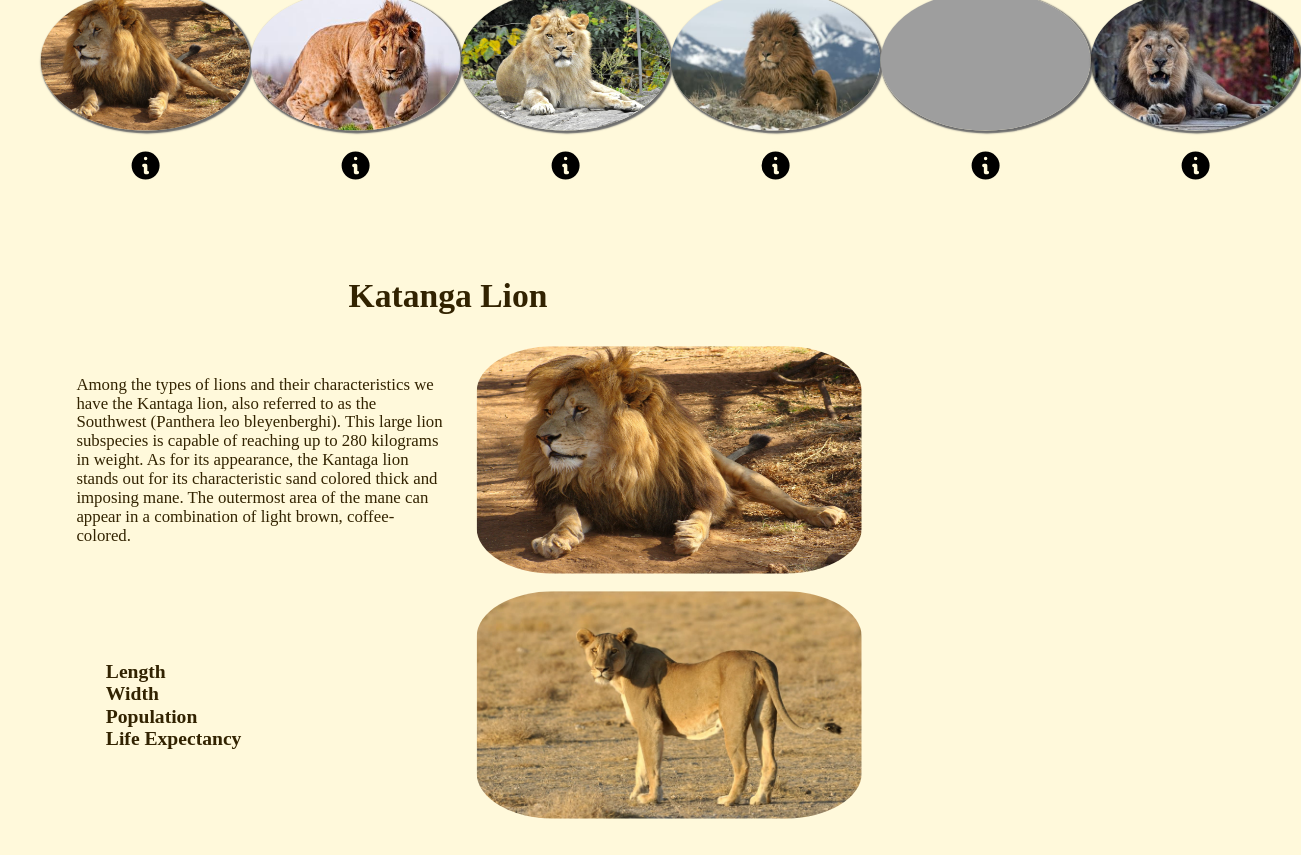
Repository: GeorgeManias/lions_project
Page: index.html
These files come from the project's save history. The page is drawn as it stood at one moment and after the next save; the edit follows.
The browser window is 1280 px wide. The page is 1858 px wide, so the pictures cover 1858 px, including what lies to the right of the window. The pictures show the part of the page from y = 721 to 2041 px (the page is 1942 px tall before and 2041 px after), at 70% of full size.
Pictures or frames that could not be fetched are drawn as grey boxes. Some web fonts or font styles are not loaded; a fallback is used.

Above is the page before, as saved 2021-11-05 20:58:22.

### index.html
<!DOCTYPE html>
<html lang="en">
  <head>
    <link rel="stylesheet" href="index.css" />
    <link
      href="https://fonts.googleapis.com/css2?family=Roboto:ital@1&display=swap"
      rel="stylesheet"
    />
    <link rel="preconnect" href="https://fonts.googleapis.com" />
    <link rel="preconnect" href="https://fonts.gstatic.com" crossorigin />
    <link
      href="https://fonts.googleapis.com/css2?family=Fruktur&family=Roboto:ital,wght@1,100;1,300&display=swap"
      rel="stylesheet"
    />
    <title>King of the Jungle</title>
  </head>
  <div class="container">
    <!--This will be the container fro the main_page-->
    <!--Start of Hero Area ---------------------------------------------------------------------------------------------------------------------------------------->
    <body>
      <header class="header_top">
        <h1>King of the Jungle🌴</h1>
      </header>
      <!--Class above will support the grid between header and main photo-->
      <div class="hero_section">
        <div class="headers_and_mainphoto">
          <header>
            <!--This area will be for the upper body part-->
            <h1 class="main_header">
              This web-page will provide a general view about species of lions
              all over the planet🌎
            </h1>
            <h2 class="project_header">
              Please keep in mind that is this only a CSS and HTML project and
              not an official site.
            </h2>
          </header>
          <img
            src="pictures/main_lion.jpg"
            alt="main_lion_photo"
            class="main_photo"
          />
        </div>

        <!--Multiple Pictures Grid Start----------------------------------------------------------------------------------------------->
        <div class="grid_with_6_pictures">
          <!--Katanga_Lion_Start-->
          <h3 id="katanga_title_cord" class="titles_6">Katanga Lion</h3>
          <img
            src="pictures/katanga_lion.jpg"
            alt="katanga_lion"
            id="katanga_img_cord"
            class="img_6"
          />
          <svg
            href="#"
            class="info_svg"
            xmlns="http://www.w3.org/2000/svg"
            width="100"
            height="100"
            viewBox="0 0 24 24"
          >
            <a href="https://www.google.co.uk/" target="_top" class="svg_link">
              <path
                stroke-linecap="round"
                stroke-linejoin="round"
                stroke-width="2"
                d="M13 16h-1v-4h-1m1-4h.01M21 12a9 9 0 11-18 0 9 9 0 0118 0z"
              />
            </a>
          </svg>
          <!--Katanga_Lion_End-->

          <!--Congo_Lion_Start-->
          <h3 id="congo_title_cord" class="titles_6">Congo Lion</h3>
          <img
            src="pictures/congo_lion.jpg"
            alt="congo_lion"
            id="congo_img_cord"
            class="img_6"
          />
          <svg
            class="info_svg"
            id="congo_info_cord"
            xmlns="http://www.w3.org/2000/svg"
            width="100"
            height="100"
            viewBox="0 0 24 24"
          >
            <a href="https://www.google.co.uk/" target="_top" class="svg_link">
              <path
                stroke-linecap="round"
                stroke-linejoin="round"
                stroke-width="2"
                d="M13 16h-1v-4h-1m1-4h.01M21 12a9 9 0 11-18 0 9 9 0 0118 0z"
              />
            </a>
          </svg>
          <!--Congo_Lion_End-->

          <!--Transvaal_Lion_Start-->
          <h3 id="Transvaal_title_cord" class="titles_6">Transvaal Lion</h3>
          <img
            src="pictures/Transvaal_lion.jpg"
            alt="Transvaal_lion"
            id="Transvaal_img_cord"
            class="img_6"
          />
          <svg
            class="info_svg"
            id="Transvaal_info_cord"
            xmlns="http://www.w3.org/2000/svg"
            width="100"
            height="100"
            viewBox="0 0 24 24"
          >
            <a href="https://www.google.co.uk/" target="_top" class="svg_link">
              <path
                stroke-linecap="round"
                stroke-linejoin="round"
                stroke-width="2"
                d="M13 16h-1v-4h-1m1-4h.01M21 12a9 9 0 11-18 0 9 9 0 0118 0z"
              />
            </a>
          </svg>
          <!--Transvaal_Lion_End-->

          <!--barbary_Lion_Start-->
          <h3 id="barbary_title_cord" class="titles_6">Barbary Lion</h3>
          <img
            src="pictures/barbary_lion.jpg"
            alt="barbary_lion"
            id="barbary_img_cord"
            class="img_6"
          />
          <svg
            class="info_svg"
            id="barbary_info_cord"
            xmlns="http://www.w3.org/2000/svg"
            width="100"
            height="100"
            viewBox="0 0 24 24"
          >
            <a href="https://www.google.co.uk/" target="_top" class="svg_link">
              <path
                stroke-linecap="round"
                stroke-linejoin="round"
                stroke-width="2"
                d="M13 16h-1v-4h-1m1-4h.01M21 12a9 9 0 11-18 0 9 9 0 0118 0z"
              />
            </a>
          </svg>
          <!--barbary_Lion_End-->

          <!--east_african_Lion_Start-->
          <h3 id="east_african_title_cord" class="titles_6">
            East African Lion
          </h3>
          <img
            src="pictures/east_african.jpg"
            alt="east_african_lion"
            id="east_african_img_cord"
            class="img_6"
          />
          <svg
            class="info_svg"
            id="east_african_info_cord"
            xmlns="http://www.w3.org/2000/svg"
            width="100"
            height="100"
            viewBox="0 0 24 24"
          >
            <a href="https://www.google.co.uk/" target="_top" class="svg_link">
              <path
                stroke-linecap="round"
                stroke-linejoin="round"
                stroke-width="2"
                d="M13 16h-1v-4h-1m1-4h.01M21 12a9 9 0 11-18 0 9 9 0 0118 0z"
              />
            </a>
          </svg>
          <!--east_african_Lion_End-->

          <!--asiatic_Lion_Start-->
          <h3 id="asiatic_title_cord" class="titles_6">Asiatic Lion</h3>
          <img
            src="pictures/asiatic_lion.jpg"
            alt="asiatic_lion"
            id="asiatic_img_cord"
            class="img_6"
          />
          <svg
            class="info_svg"
            id="asiatic_info_cord"
            xmlns="http://www.w3.org/2000/svg"
            width="100"
            height="100"
            viewBox="0 0 24 24"
          >
            <a href="https://www.google.co.uk/" target="_top" class="svg_link">
              <path
                stroke-linecap="round"
                stroke-linejoin="round"
                stroke-width="2"
                d="M13 16h-1v-4h-1m1-4h.01M21 12a9 9 0 11-18 0 9 9 0 0118 0z"
              />
            </a>
          </svg>
          <!--Multiple Pictures Grid End----------------------------------------------------------------------------------------------->
        </div>
      </div>
      <!--End of Hero Area ---------------------------------------------------------------------------------------------------------------------------------------->

      <!------------Analitikh 1/6 Arxh Katanga------------------------------------------------------------------------------------------------------------------------->
      <div class= "analysis_grid">
          <h1 class="analysis_h1">Katanga Lion</h1>
          <p class="analysis_p">Among the types of lions and their characteristics we have the Kantaga lion, also referred to as the Southwest (Panthera leo bleyenberghi). This large lion subspecies is capable of reaching up to 280 kilograms in weight.

            As for its appearance, the Kantaga lion stands out for its characteristic sand colored thick and imposing mane. The outermost area of the mane can appear in a combination of light brown, coffee-colored.</p>
          <ul class="analysis_list">
            <li>Length</li>
            <li>Width</li>
            <li>Population</li>
            <li>Life Expectancy</li>
          </ul>

          <img src="pictures/katanga_lion_female.jpg" alt="katanga_lion_female" class="analysis_female_lion">
          <img src="pictures/katanga_lion.jpg" alt="katanga_lion" class="analysis_male_lion">

      </div>
      <!------------Analitikh 1/6 Telos Katanga------------------------------------------------------------------------------------------------------------------------>
    </body>
    </body>
  </div>
</html>






<!--1
  Katanga lion
  Congo Lion
  Transvaal lion
  East African lion
  Asiatic lion
  West African lion

-->

### index.css
/*

--- 01 TYPOGRAPHY SYSTEM

- Font sizes (px)
10 / 12 / 14 / 16 / 18 / 20 / 24 / 30 / 36 / 44 / 52 / 62 / 74 / 86 / 98

- Font weights
Default: 400
Medium: 500
Semi-bold: 600
Bold: 700

- Line heights
Default: 1
Small: 1.05
Medium: 1.2
Paragraph default: 1.6

- Letter spacing
-0.5px
0.75px

--- 02 COLORS

- Primary: ##fab005
- Tints:
#fff9db
#322301

- Shades:


#f0ede6


- Accents:
- Greys

#888
#767676 (lightest grey allowed on #fff)
#6f6f6f (lightest grey allowed on #fdf2e9)
#555
#333

--- 05 SHADOWS

0 2.4rem 4.8rem rgba(0, 0, 0, 0.075);

--- 06 BORDER-RADIUS

Default: 9px
Medium: 11px

--- 07 WHITESPACE

- Spacing system (px)
2 / 4 / 8 / 12 / 16 / 24 / 32 / 48 / 64 / 80 / 96 / 128
*/

html {
  /*εδώ βάζω το 10 με σκοπο το αλλο να έχει ευκολο πολαπλασσιο του rem*/
  font-size: 10px;
  margin-left: 0%;
  margin-right: 0%;
  color: #322301;
}

body {
  background-color: #fff9db;
  margin-bottom: 3%;
}

.header_top {
  font-family: "Fruktur", cursive;
  text-align: center;
  font-size: 2.5rem;
  margin-bottom: 0;
}

.hero_section {
  padding-left: 5rem;
  padding-right: 5rem;
}

header {
  margin-left: 10%;
  margin-right: 10%;
}

.main_header {
  font-size: 5.2rem;
  margin-bottom: 0;
}

.project_header {
  font-size: 3rem;
  border: 0.1rem solid #fab005;
  border-radius: 3%;
}

.headers_and_mainphoto {
  /*Αυτο το πεδίο αναφέρεται στο grid*/
  display: grid;
  grid-template-columns: 50% 50%;
  align-items: center;
}

.grid_with_6_pictures {
  display: grid;
  grid-template-columns: 1fr 1fr 1fr 1fr 1fr 1fr;
  grid-template-rows: auto auto auto;
  justify-items: center;
  align-items: flex-end;
}

.main_photo {
  width: 761px;
  margin-top: 100px;
  border-radius: 20%;
}

.img_6 {
  width: 300px;
  height: 200px;
  border-radius: 50%;
  box-shadow: 2px 2px 2px 2px rgb(109, 109, 109);
}

.titles_6 {
  font-size: 2.5rem;
  margin-bottom: 0.8%;
}

.info_svg {
  width: 20%;
  stroke: #fff9db;
  border-radius: 0;
  padding-top: 0%;
}

.svg_link:link {
  width: 20%;
  stroke: #fff9db;
  border-radius: 0;
  padding-top: 0%;
}

.svg_link:visited {
  width: 20%;
  stroke: #fff9db;
  border-radius: 0;
  padding-top: 0%;
}

.svg_link:hover {
  width: 20%;
  stroke: #fab005;
  border-radius: 0;
  padding-top: 0%;
  transition: all 1s;
}
/*//////////////////////////////////////////////////////////////////////////////////////////////////////////////////////////////////////////////////////////////////*/
/*Katanga Lion Cord Start*/
#katanga_title_cord {
  grid-column: 1/2;
  grid-row: 1/2;
}
#katanga_img_cord {
  grid-column: 1/2;
  grid-row: 2/3;
}

#katanga_info_cord {
  grid-column: 1/2;
  grid-row: 3/4;
}
/*Katanga Lion Cord End*/

/*Congo Lion Cord Start*/
#congo_title_cord {
  grid-column: 2/3;
  grid-row: 1/2;
}
#congo_img_cord {
  grid-column: 2/3;
  grid-row: 2/3;
}

#congo_info_cord {
  grid-column: 2/3;
  grid-row: 3/4;
}
/*Congo Lion Cord End*/

/*Transvaal Lion Cord Start*/
#Transvaal_title_cord {
  grid-column: 3/4;
  grid-row: 1/2;
}
#Transvaal_img_cord {
  grid-column: 3/4;
  grid-row: 2/3;
}

#Transvaal_info_cord {
  grid-column: 3/4;
  grid-row: 3/4;
}
/*Transvaal Lion Cord End*/

/*Congo Lion Cord End*/

/*barbary Lion Cord Start*/
#barbary_title_cord {
  grid-column: 4/5;
  grid-row: 1/2;
}
#barbary_img_cord {
  grid-column: 4/5;
  grid-row: 2/3;
}

#barbary_info_cord {
  grid-column: 4/5;
  grid-row: 3/4;
}
/*barbary Lion Cord End*/

/*east_african Lion Cord Start*/
#east_african_title_cord {
  grid-column: 5/6;
  grid-row: 1/2;
}
#east_african_img_cord {
  grid-column: 5/6;
  grid-row: 2/3;
}

#east_african_info_cord {
  grid-column: 5/6;
  grid-row: 3/4;
}
/*east_african Lion Cord End*/

/*asiatic Lion Cord Start*/
#asiatic_title_cord {
  grid-column: 6/7;
  grid-row: 1/2;
}
#asiatic_img_cord {
  grid-column: 6/7;
  grid-row: 2/3;
}

#asiatic_info_cord {
  grid-column: 6/7;
  grid-row: 3/4;
}
/*asiatic Lion Cord End*/
/*//////////////////////////////////////////////////////////////////////////////////////////////////////////////////////////////////////////////////////////////////*/

/*////////////////////////////////////////////////////////////////////////////////////////////////////////////////////////////////////////////////////////////////////
Katanga Analysis 1/6 Arxh
////////////////////////////////////////////////////////////////////////////////////////////////////////////////////////////////////////////////////////////////////*/
.analysis_grid {
  display: grid;
  grid-template-columns: 1fr 1fr;
  grid-template-rows: auto 350px 350px;
  margin-top: 6%;
}

.analysis_h1 {
  font-size: 4.8rem;
  text-align: center;
  color: #322301;
}

.analysis_p {
  font-size: 2.4rem;
  padding-left: 16%;
  padding-right: 0%;
  align-self: center;
  justify-self: flex-end;
}

.analysis_list {
  font-size: 2.8rem;
  padding-left: 8rem;
  font-weight: 700;
  color: #322301;
  margin-left: 10%;
  list-style-type: none;
  align-self: center;
}

.analysis_male_lion {
  width: 550px;
  height: 325px;
  align-self: center;
  justify-self: center;
  border-radius: 20%;
}
.analysis_female_lion {
  width: 550px;
  height: 325px;
  align-self: center;
  justify-self: center;
  border-radius: 20%;
}
/*Katanga Analysis stixisi Arxh///////////////////////////////////////////////*/
.analysis_h1 {
  grid-column: 1/-1;
}

.analysis_p {
  grid-row: 2/3;
  grid-column: 1/2;
}

.analysis_list {
  grid-row: 3/4;
  grid-column: 1/2;
}

.analysis_male_lion {
  grid-row: 2/3;
  grid-column: 2/3;
}
.analysis_female_lion {
  grid-row: 3/4;
  grid-column: 2/3;
}

/*Katanga Analysis stixisi Telos///////////////////////////////////////////////*/

After the next save:
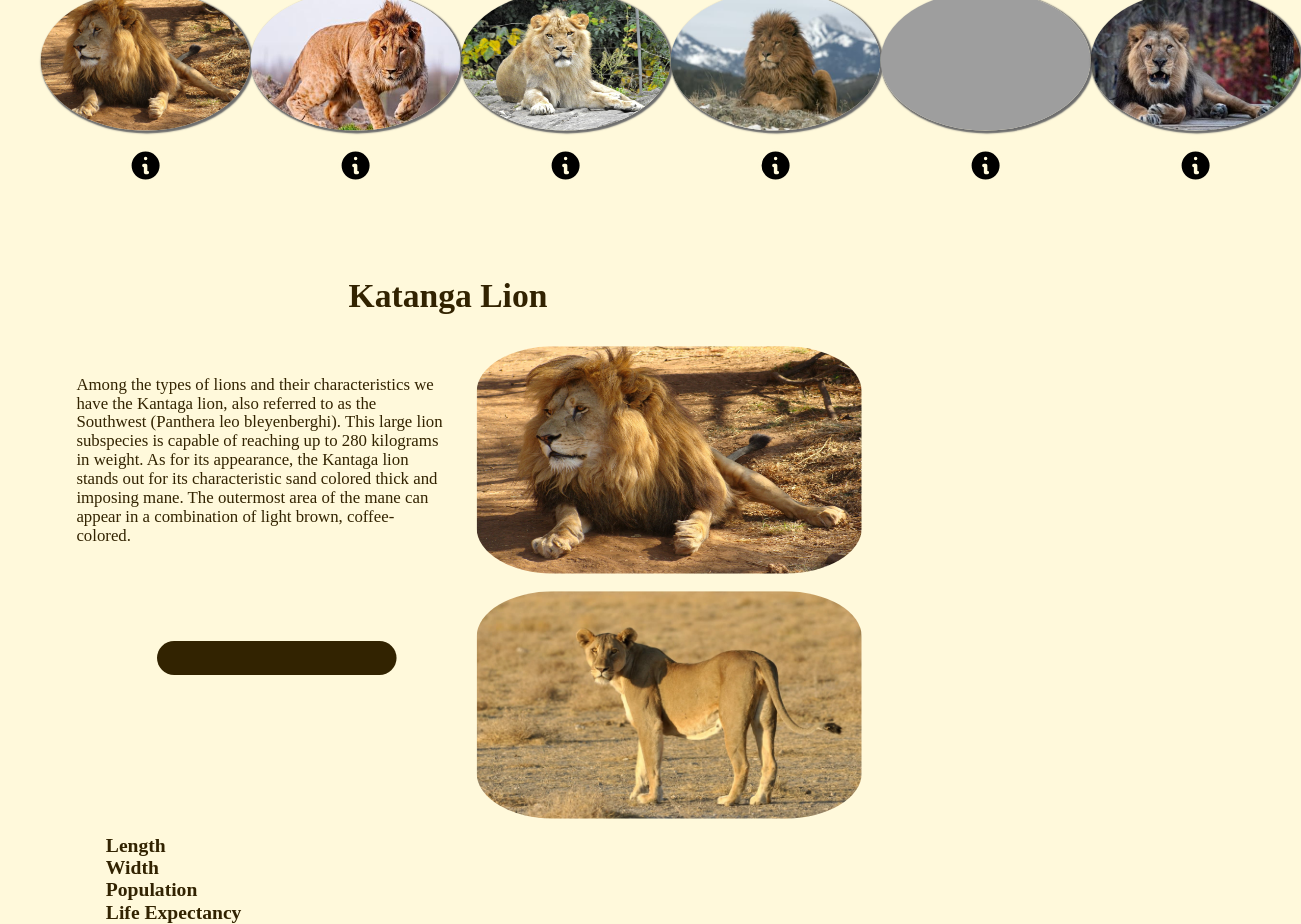
Saved 8 min 32 s later.
--- a/index.html
+++ b/index.html
@@ -218,7 +218,9 @@
 
             As for its appearance, the Kantaga lion stands out for its characteristic sand colored thick and imposing mane. The outermost area of the mane can appear in a combination of light brown, coffee-colored.</p>
           <ul class="analysis_list">
-            <li>Length</li>
+            <li><svg xmlns="http://www.w3.org/2000/svg" class="h-5 w-5" viewBox="0 0 20 20" fill="currentColor">
+              <path fill-rule="evenodd" d="M3 10a1 1 0 011-1h12a1 1 0 110 2H4a1 1 0 01-1-1z" clip-rule="evenodd" />
+            </svg>Length</li>
             <li>Width</li>
             <li>Population</li>
             <li>Life Expectancy</li>
